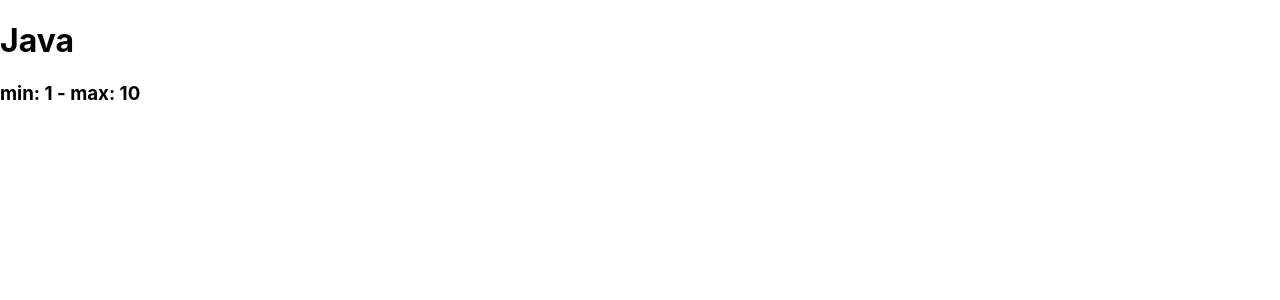
Repository: rubinettiStefano/spieg
Page: /
The author's editor kept a copy of each file at every save. The page is drawn from the files as they stood at one save, then again after the next save.
The browser window is 1280 px wide. The pictures show the whole page.
The project was rebuilt for these pictures with package versions that can differ from the ones it lists, and the page was loaded fresh each time.

Above is the page before, as saved 2024-03-27 11:04:40.

### src/App.js
import Subject from "./Subject";


function App()
{

  return (
    <>
      {/* props -> {name:"Java",min:1,max:10} */}
      <Subject name="Java" min={1} max={10} />
    </>
  );
}

export default App;

### src/Subject.jsx
import { useState } from "react";

export default function Subject(props) /* props -> {name:"Java",min:1,max:10} */
{
    // il MODEL del component
    //props -> valori (anche le funzioni possono essere valori) che arrivano dall'esterno (da componente padre)
    //state -> valori del componente stesso

    //props sono IMMUTABILI (read-only)
    //state è mutabile (tramite setter), ogni volta che cambia la funzione viene rieseguito
    //ciò comporta che venga rifatto RETURN
    //quando cambia lo state il componente viene rigraficato in automatico

    const [grade,setGrade] = useState(6); //HOOK
    //abbiamo creato un attributo nello state chiamato "grade"
    //abbiamo creato una funzione che permette di assegnargli un nuovo valore, setGrade
    //abbiamo definito che il suo valore iniziale è 6
    //setGrade(8) imposta il valore di grade a 8


    return(
        <>
            <h1>{props.name}</h1>
            <h3>min: {props.min} - max: {props.max}</h3>
        </>
    );
}

Loaded but not shown: public/index.html (common file); src/index.js (common file); src/index.css (common file); src/reportWebVitals.js (common file)

After the next save:
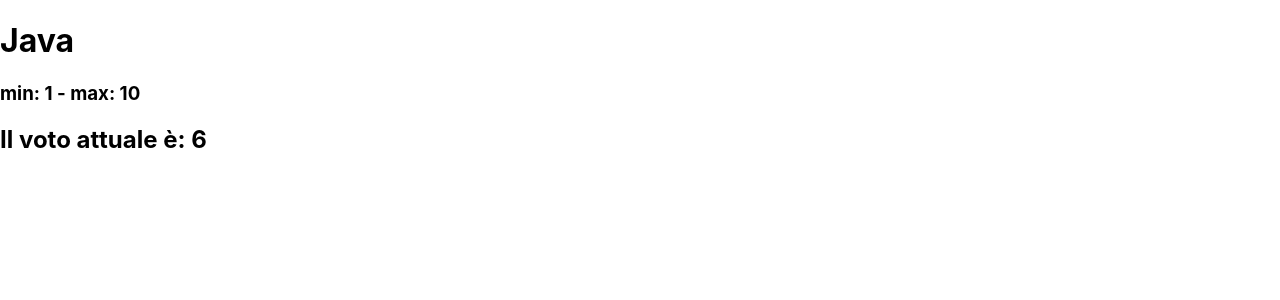
Saved 2 min 47 s later.
--- a/src/Subject.jsx
+++ b/src/Subject.jsx
@@ -22,6 +22,9 @@ export default function Subject(props) /* props -> {name:"Java",min:1,max:10} */
         <>
             <h1>{props.name}</h1>
             <h3>min: {props.min} - max: {props.max}</h3>
+
+            <h2>Il voto attuale è: {grade}</h2>
+
         </>
     );
 }
